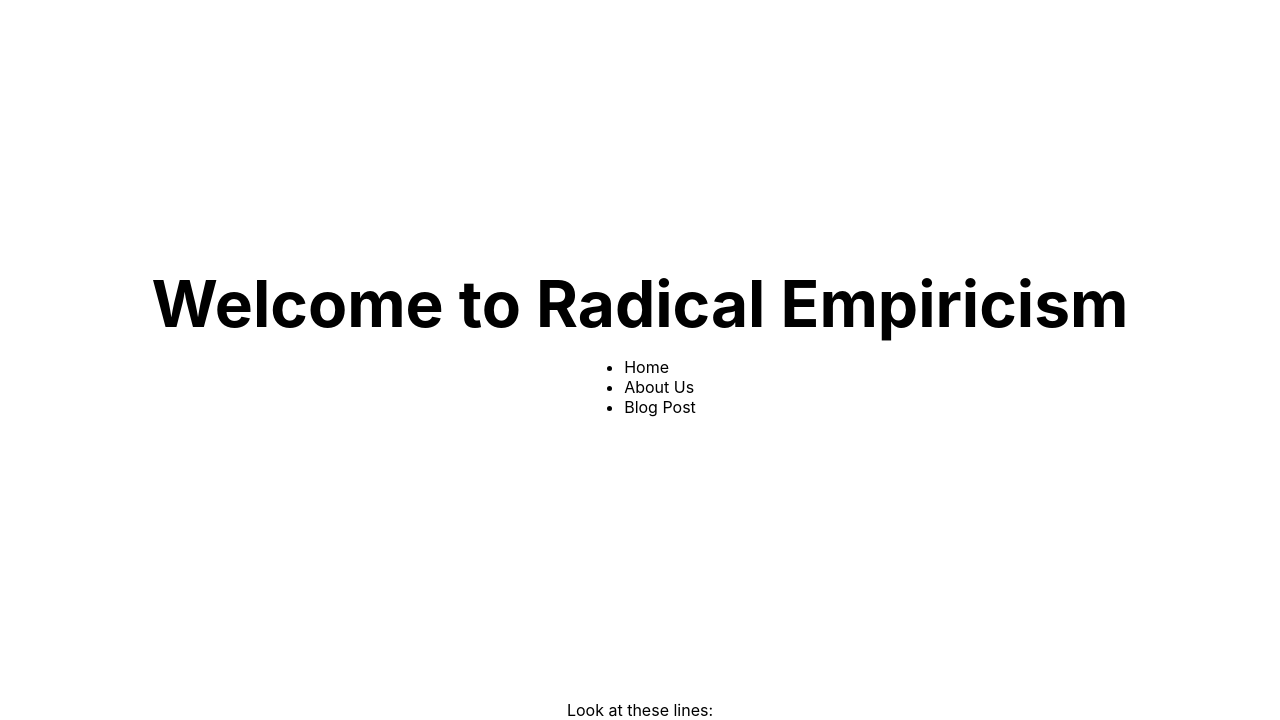
Repository: mcverter/EthicalPataphysicsOfAnarchism
Page: / (app in RadicalEmpiricism/src/nextjs/)
The author's editor kept a copy of each file at every save. The page is drawn from the files as they stood at one save, then again after the next save.
The browser window is 1280 px wide. The pictures show the whole page.
The project was rebuilt for these pictures with package versions that can differ from the ones it lists, and the page was loaded fresh each time. The framework's server and built-in components were replaced by stand-ins that run in the browser.

Above is the page before, as saved 2022-01-08 16:20:57.

### RadicalEmpiricism/src/nextjs/pages/index.js
import Head from "next/head";
import styles from "../styles/Home.module.css";
import Link from "next/link";

export default function Home() {
  return (
    <div className={styles.container}>
      <Head>
        <title>Hello Levinas Scholars</title>
      </Head>

      <main className={styles.main}>
        <h1 className={styles.title}>Welcome to Radical Empiricism</h1>
        <ul>
          <li>
            <Link href="/">
              <a>Home</a>
            </Link>
          </li>
          <li>
            <Link href="/about">
              <a>About Us</a>
            </Link>
          </li>
          <li>
            <Link href="/blog/hello-world">
              <a>Blog Post</a>
            </Link>
          </li>
        </ul>
      </main>
      <div>Look at these lines:</div>
    </div>
  );
}

Loaded but not shown: RadicalEmpiricism/src/nextjs/pages/_app.js (common file); RadicalEmpiricism/src/nextjs/styles/globals.css (common file); RadicalEmpiricism/src/nextjs/styles/Home.module.css (common file)

After the next save:
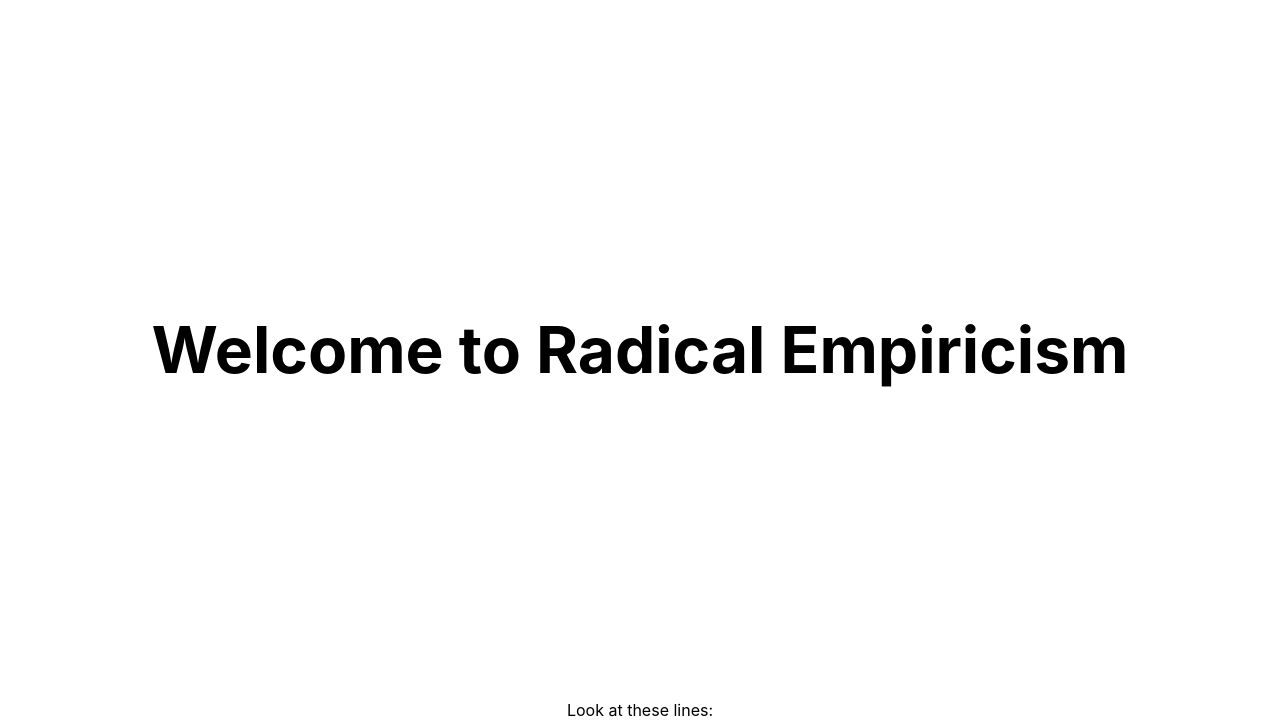
Saved 6 min 3 s later.
--- a/RadicalEmpiricism/src/nextjs/pages/index.js
+++ b/RadicalEmpiricism/src/nextjs/pages/index.js
@@ -1,6 +1,5 @@
 import Head from "next/head";
 import styles from "../styles/Home.module.css";
-import Link from "next/link";
 
 export default function Home() {
   return (
@@ -11,23 +10,6 @@ export default function Home() {
 
       <main className={styles.main}>
         <h1 className={styles.title}>Welcome to Radical Empiricism</h1>
-        <ul>
-          <li>
-            <Link href="/">
-              <a>Home</a>
-            </Link>
-          </li>
-          <li>
-            <Link href="/about">
-              <a>About Us</a>
-            </Link>
-          </li>
-          <li>
-            <Link href="/blog/hello-world">
-              <a>Blog Post</a>
-            </Link>
-          </li>
-        </ul>
       </main>
       <div>Look at these lines:</div>
     </div>
